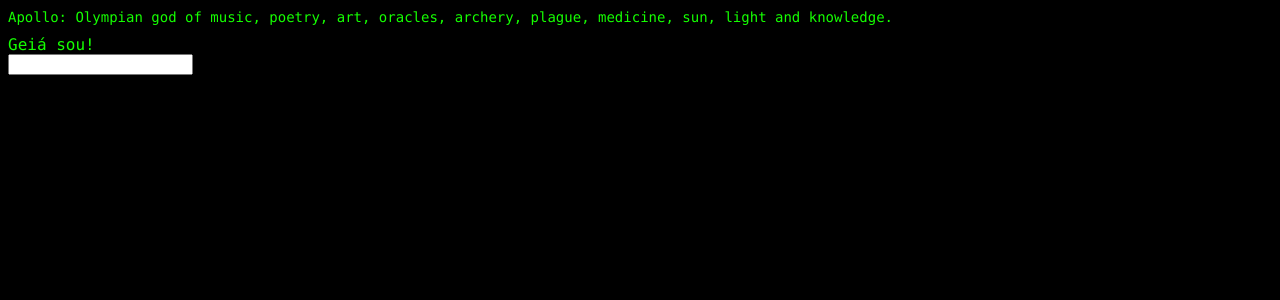
Repository: blackout41/machineLearning
Page: apollo.html
The author's editor kept a record of every edit. The page is drawn from the files as they stood at one moment, then again after the next edit.
The browser window is 1280 px wide. The pictures show the whole page.

Above is the page before.
Console error: ReferenceError: trainingData is not defined

After the next edit:
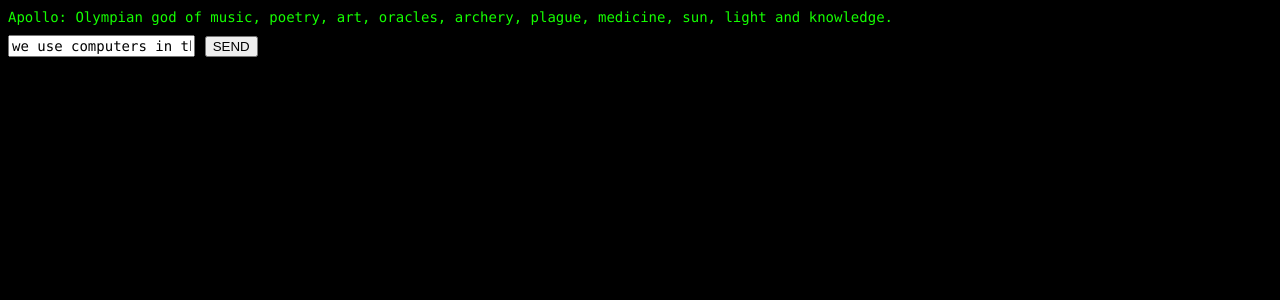
The edit:
--- a/apollo.html
+++ b/apollo.html
@@ -15,8 +15,9 @@
         <!--<div id="analysing" ></div>-->
         <!--<div id="trump" ></div>-->
         <!--<div id="kardashian" ></div>-->
-        <div id="Apollo">Geiá sou!</div>
-        <input type="text" id="reply" name="lastname">
+        <!--<div id="Apollo">Geiá sou!</div>-->
+        <input type="text" id="reply" name="lastname" value="we use computers in the office because we need to use them for work!!!!!!!!!!!!!!!!" style="font: normal 14px Consolas,monaco,monospace;"></input>
+        <button type="submit">SEND</button>
 
         <script type="text/javascript" src="brain.js"></script>
         <script type="text/javascript" src="training-data-apollo.js"></script>
